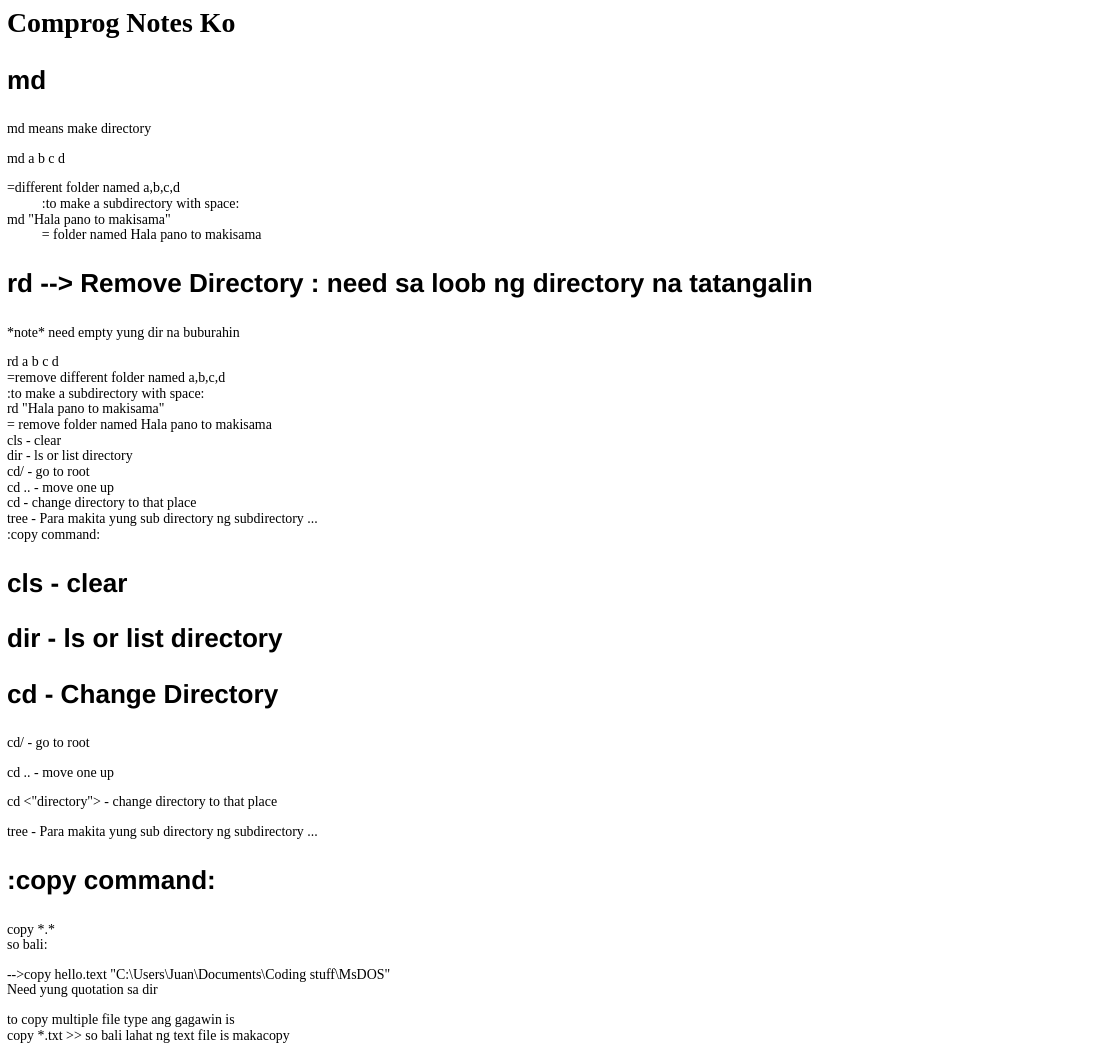
Repository: zwainer/Comprog
Page: index.html
An editor plug-in stored every save of this project. The page is shown before and after a run of saves, followed by the edit.
The browser window is 1280 px wide. The pictures show the whole page, at 87% of full size.

Above is the page before, as saved 2023-05-05 22:22:54.

### index.html
<html>
	<head>
		<link rel="stylesheet" href="index.css">
	</head>

	<h1>Comprog Notes Ko</h1>

	<p class="StartCommand">
		md
		<br/>
	</p>
	<p>md means make directory<br/></p>

	<p>md a b c d  <br/></p>

	<dl>
<dt>=different folder named a,b,c,d<br/></dt>

	<dd>:to make a subdirectory with space:<br/></dd>

	<dt>md "Hala pano to makisama"<br/></dt>
		<dd>= folder named Hala pano to makisama<br/></dd>
</dl>

<p class="StartCommand">rd --> Remove Directory : need sa loob ng directory na tatangalin<br/></p>


	<p>
		*note* need empty yung dir na buburahin
		<br/>
	</p>

		rd a b c d <br/>

		=remove different folder named a,b,c,d<br/>

	:to make a subdirectory with space:<br/>

	rd "Hala pano to makisama"<br/>

		= remove folder named Hala pano to makisama	<br/>



cls - clear<br/>

dir - ls or list directory<br/>

cd/ - go to root<br/>

cd .. - move one up<br/>

cd <directory> - change directory to that place<br/>

tree - Para makita yung sub directory ng subdirectory ...<br/>

:copy command:<br/>
<p class="StartCommand">cls - clear<br/></p>

<p class="StartCommand">dir - ls or list directory<br/></p>

<p class="StartCommand">cd - Change Directory<br/></p>


<p >cd/ - go to root<br/></p>

<p>cd .. - move one up<br/></p>

<p >cd <"directory"> - change directory to that place<br/></p>

<p >tree - Para makita yung sub directory ng subdirectory ...<br/></p>

<p class="StartCommand">:copy command:<br/></p>


copy *.*<br/>

	so bali: <br/>
		<p>
				-->copy hello.text "C:\Users\Juan\Documents\Coding stuff\MsDOS"<br/>
			Need yung quotation sa dir
			<br/>
		</p>

		<p>
	to copy multiple file type ang gagawin is </br>
	copy *.txt >> so bali lahat ng text file is makacopy</br>



		</p>
</html>

### index.css
.StartCommand{
    font-size: 30px;
    font-family: 'Franklin Gothic Medium';
    font-weight: bold;
}

After the next 3 saves:
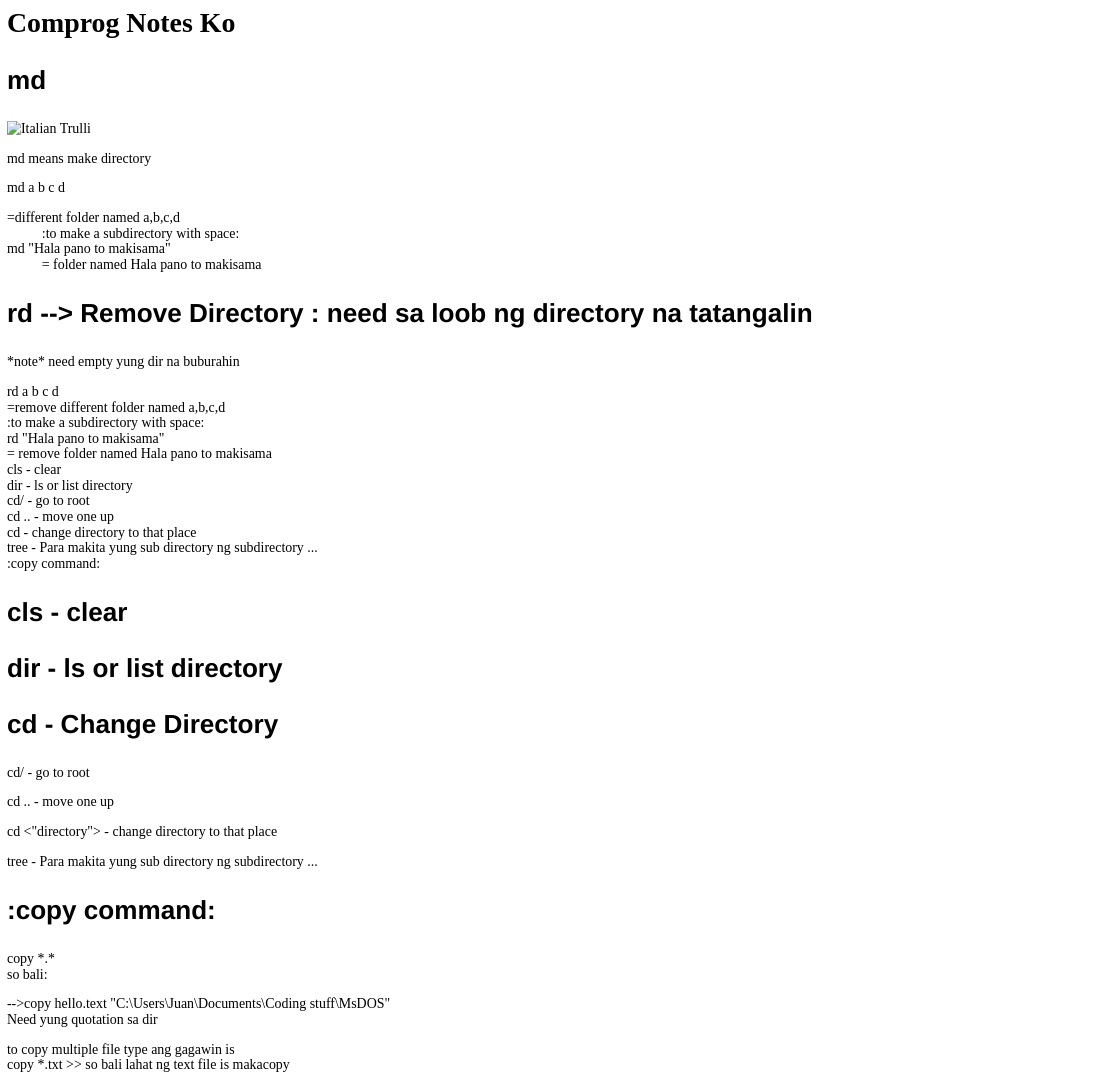
Not found: pic_trulli.jpg
The 3 saves are shown as one change because they came seconds apart.
The last was saved 4 min 58 s later.
--- a/index.html
+++ b/index.html
@@ -8,7 +8,9 @@
 	<p class="StartCommand">
 		md
 		<br/>
+
 	</p>
+	<img src="pic_trulli.jpg" alt="Italian Trulli">
 	<p>md means make directory<br/></p>
 
 	<p>md a b c d  <br/></p>
